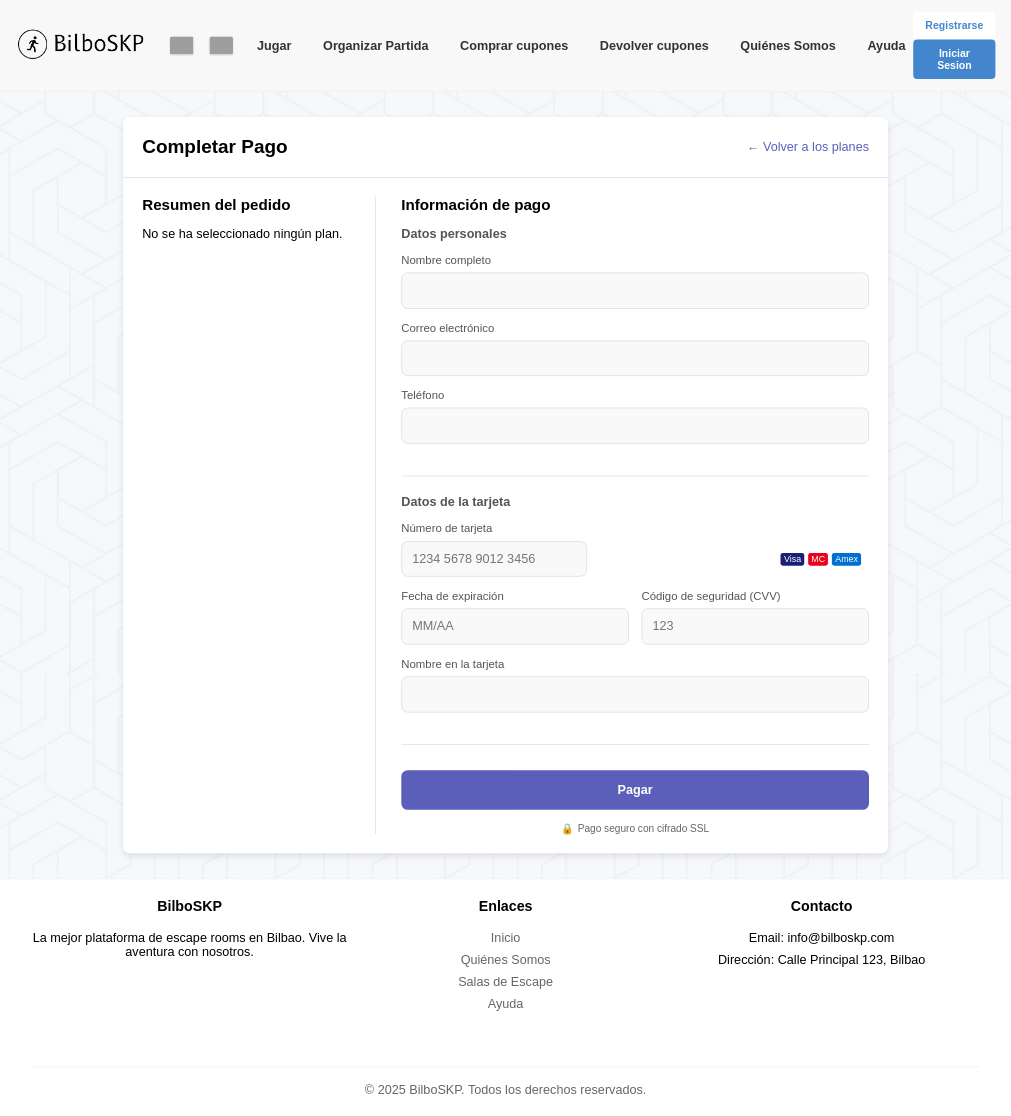
Repository: Andrew1447/Reto3-main
Page: http://localhost/bilboSKP/Pasarela.jsp
These files come from the project's save history. The page is drawn as it stood at one moment and after the next save; the edit follows.
The browser window is 1280 px wide. The pictures show the whole page, at 79% of full size.
Pictures or frames that could not be fetched are drawn as grey boxes. Backgrounds fixed to the window are drawn as part of the page. Some web fonts or font styles are not loaded; a fallback is used. The page is served by Tomcat 9. Other server files are loaded and not shown. The template is opened directly, without the code that normally fills it, so the values that code supplies are empty.

Above is the page before, as saved 2025-04-27 15:30:07.

### bilboSKP/src/main/webapp/Pasarela.jsp
<%@ page language="java" contentType="text/html; charset=UTF-8" pageEncoding="UTF-8"%>
<!DOCTYPE html>
<html lang="es">
<head>
    <meta charset="UTF-8">
    <meta name="viewport" content="width=device-width, initial-scale=1.0">
    <title>Pasarela de Pagos - BilboSKP</title>
    <link rel="stylesheet" href="styles/style.css">
    <link rel="stylesheet" href="styles/Pasarela.css">
    <link rel="preconnect" href="https://fonts.googleapis.com">
    <link rel="preconnect" href="https://fonts.gstatic.com" crossorigin>
    <link href="https://fonts.googleapis.com/css2?family=Ubuntu:ital,wght@0,300;0,400;0,500;0,700;1,300;1,400;1,500;1,700&display=swap" rel="stylesheet">
</head>
<body>
<header>
    <div class="logo-container">
        <a href="Index.jsp"><img src="img/bilboskp-high-resolution-logo-removebg-preview.png"></a>

        <div class="language-selector">
                <a href="?lang=es" title="Español">
                    <img src="https://upload.wikimedia.org/wikipedia/commons/thumb/9/9a/Flag_of_Spain.svg/1200px-Flag_of_Spain.svg.png" alt="Bandera de España">
                </a>
                <a href="?lang=en" title="English">
                    <img src="https://upload.wikimedia.org/wikipedia/commons/thumb/8/83/Flag_of_the_United_Kingdom_%283-5%29.svg/1200px-Flag_of_the_United_Kingdom_%283-5%29.svg.png" alt="Bandera del Reino Unido">
                </a>
            </div>
        </div>

    <nav>

        <a href="EscapeRooms.jsp">Jugar</a>
        <a href="OrganizarPartida.jsp">Organizar Partida</a>
        <a href="Packcupones.jsp">Comprar cupones</a>
		<a href="DevolverCupones.jsp">Devolver cupones</a>
        <a href="QuienesSomos.jsp">Quiénes Somos</a>
        <a href="Ayuda.jsp">Ayuda</a>

        <%
            Integer idRolUsuario = (Integer) request.getAttribute("idRol");
            Integer idCentroSesion = (Integer) request.getAttribute("idCentroSesion");

            // Mostrar "Registrar Centro" solo si el usuario no está logueado como centro
            if (idCentroSesion == null && idRolUsuario != null && idRolUsuario.equals(2)) {
        %>
                <a href="CentroRegistro.jsp">Registrar Centro</a>
        <%
            }
        %>
    </nav>

<div class="botones">
    <%
        String nombreSesion = (String) request.getAttribute("nombreSesion");
        String tipoUsuario = (String) request.getAttribute("tipoUsuario");
        Integer saldoCupones = (Integer) request.getAttribute("saldoCupones");

        if (nombreSesion != null && !nombreSesion.isEmpty()) {
            if (tipoUsuario != null && tipoUsuario.equals("usuario")) {
    %>
                <span class="nombre-usuario">Bienvenido, <%= nombreSesion %> (<%= saldoCupones != null ? saldoCupones : 0 %> cupones)</span>
                <button onclick="window.location.href='LogoutServlet'">Cerrar Sesión</button>
    <%
            } else if (tipoUsuario != null && tipoUsuario.equals("centro")) {
    %>
                <span class="nombre-centro">Bienvenido, <%= nombreSesion %></span>
                <button onclick="window.location.href='LogoutCentroServlet'">Cerrar Sesión</button>
    <%
            }
        } else {
    %>
        <button class= "registrarse" onclick="window.location.href='Registrar.jsp'">Registrarse</button>
        <button onclick="window.location.href='login.jsp'">Iniciar Sesion</button>
    <%
        }
    %>
</div>
    </header>

<main>
    <div class="checkout-container">
        <div class="checkout-header">
            <h2>Completar Pago</h2>
            <a href="#" class="back-link" onclick="window.history.back(); return false;">← Volver a los planes</a>
        </div>

        <div class="checkout-content">
            <div class="order-summary">
                <h3>Resumen del pedido</h3>

                <%
                    String planNombreMostrar = request.getParameter("planNombre");
                    String planPrecioMostrar = request.getParameter("planPrecio");
                    String cantidadCuponesPlan = request.getParameter("cantidadCuponesPlan");
                %>

                <% if (planNombreMostrar != null && !planNombreMostrar.isEmpty()) { %>
                    <h4><%= planNombreMostrar %></h4>
                <% } %>

                <% if (planPrecioMostrar != null && !planPrecioMostrar.isEmpty()) { %>
                    <div class="selected-plan">
                        <div class="plan-details">
                            <div class="plan-price"><%= planPrecioMostrar %></div>
                        </div>
                    </div>
                <% } else { %>
                    <p>No se ha seleccionado ningún plan.</p>
                <% } %>

                <% if (cantidadCuponesPlan != null && !cantidadCuponesPlan.isEmpty()) { %>
                    <p><strong>Incluye:</strong> <%= cantidadCuponesPlan %> cupones 🎟️</p>
                <% } %>
            </div>

            <div class="payment-form-container">
                <h3>Información de pago</h3>

                <form id="payment-form" class="payment-form" action="ProcesarPagoServlet" method="post">
                    <div class="form-section">
                        <h4>Datos personales</h4>
                        <div class="form-row">
                            <div class="form-group">
                                <label for="name">Nombre completo</label>
                                <input type="text" id="name" name="name" required>
                            </div>
                        </div>
                        <div class="form-row">
                            <div class="form-group">
                                <label for="email">Correo electrónico</label>
                                <input type="email" id="email" name="email" required>
                            </div>
                        </div>
                        <div class="form-row">
                            <div class="form-group">
                                <label for="phone">Teléfono</label>
                                <input type="tel" id="phone" name="phone" required>
                            </div>
                        </div>
                    </div>

                    <div class="form-section">
                        <h4>Datos de la tarjeta</h4>
                        <div class="form-row">
                            <div class="form-group">
                                <label for="card-number">Número de tarjeta</label>
                                <div class="card-input-container">
                                    <input type="text" id="card-number" name="card-number" placeholder="1234 5678 9012 3456" required>
                                    <div class="card-icons">
                                        <span class="card-icon visa">Visa</span>
                                        <span class="card-icon mastercard">MC</span>
                                        <span class="card-icon amex">Amex</span>
                                    </div>
                                </div>
                            </div>
                        </div>
                        <div class="form-row two-columns">
                            <div class="form-group">
                                <label for="expiry">Fecha de expiración</label>
                                <input type="text" id="expiry" name="expiry" placeholder="MM/AA" required>
                            </div>
                            <div class="form-group">
                                <label for="cvv">Código de seguridad (CVV)</label>
                                <input type="text" id="cvv" name="cvv" placeholder="123" required>
                            </div>
                        </div>
                        <div class="form-row">
                            <div class="form-group">
                                <label for="card-name">Nombre en la tarjeta</label>
                                <input type="text" id="card-name" name="card-name" required>
                            </div>
                        </div>
                    </div>

                    <div class="payment-actions">
                        <input type="hidden" name="planNombre" value="<%= planNombreMostrar %>">
                        <input type="hidden" name="planPrecio" value="<%= planPrecioMostrar %>">
                        <input type="hidden" name="cantidadCupones" value="<%= cantidadCuponesPlan %>">
                        <button type="submit" class="pay-button">Pagar</button>
                        <div class="secure-payment">
                            <span class="lock-icon">🔒</span> Pago seguro con cifrado SSL
                        </div>
                    </div>
                </form>

            </div>
        </div>
    </div>
</main>

<footer>
        <div class="container">
            <div class="footer-content">
                <div class="footer-column">
                    <h3>BilboSKP</h3>
                    <p>La mejor plataforma de escape rooms en Bilbao. Vive la aventura con nosotros.</p>
                </div>
                <div class="footer-column">
                    <h3>Enlaces</h3>
                    <ul>
                        <li><a href="Index.jsp">Inicio</a></li>
                        <li><a href="QuienesSomos.jsp">Quiénes Somos</a></li>
                        <li><a href="EscapeRooms.jsp">Salas de Escape</a></li>
                        <li><a href="Ayuda.jsp">Ayuda</a></li>
                    </ul>
                </div>
                <div class="footer-column">
                    <h3>Contacto</h3>
                    <ul>
                        <li>Email: info@bilboskp.com</li>
                        <li>Dirección: Calle Principal 123, Bilbao</li>
                    </ul>
                </div>
            </div>
            <div class="footer-bottom">
                <p>&copy; 2025 BilboSKP. Todos los derechos reservados.</p>
            </div>
        </div>
    </footer>
</body>
</html>

### bilboSKP/src/main/webapp/styles/style.css
body {
    font-family: "Ubuntu", sans-serif;
    font-weight: 500;
    font-style: normal;
    background-color: #f4f7fa;
    margin: 0;
    padding: 0;
    background-image: linear-gradient(rgba(244, 247, 250, 0.85), rgba(244, 247, 250, 0.85)), url('../img/fondod.png');
    background-repeat: no-repeat;
    background-size: cover;
    background-position: center;
    background-attachment: fixed; /* Esto asegura que el fondo permanezca fijo */
}

.logo-container {
            display: flex;
            align-items: center;
        }

        .logo-container img {
            height: 50px;
            width: auto;
        }

  .language-selector {
            display: flex;
            align-items: center;
            margin-left: 20px;
        }

        .language-selector a {
            display: flex;
            align-items: center;
            margin: 0 5px;
            padding: 5px;
            border-radius: 4px;
            transition: background-color 0.2s;
        }

        .language-selector a:hover {
            background-color: #f0f0f0;
        }

        .language-selector img {
            width: 30px;
            height: auto;
            border-radius: 3px;
            box-shadow: 0 1px 2px rgba(0, 0, 0, 0.2);
        }

header {
    display: grid;
    grid-template-columns: 1fr auto 1fr;
    align-items: center;
    padding: 15px 20px;
    background-color: #f8f8f8;
    border-bottom: 1px solid #eee;
}

header > a:first-child {
    justify-self: start;
}

header a img {
    max-height: 50px;
}

header nav {
    grid-column: 2;
    display: flex;
    justify-content: center;
    gap: 20px; /* Equal spacing between links */
}

header nav a {
    text-decoration: none;
    color: #333;
    margin-left: 20px;
    font-weight: bold;
}

header nav a:hover {
    color: #4386ce;
}

header button {
    background-color: #4386ce;
    color: white;
    border: none;
    padding: 10px 15px;
    border-radius: 5px;
    cursor: pointer;
    margin-left: 10px;
    font-weight: bold;
}

header button:hover {
    background-color: #437cb8;
}


body{
  font-family: "Ubuntu", sans-serif;
  font-weight: 500;
  font-style: normal;
  background-repeat: no-repeat;
  background-size: cover;
  background-attachment: fixed;
}

.botones {
    grid-column: 3;
    justify-self: end;
}

.registrarse{
    background-color: #ffff;
    color: #4386ce;
    font-weight: bold;
}
.registrarse:hover{
    background-color: #cfcfcf;
    color: #4386ce;
    font-weight: bold;
}



	.container {
	width: 100%;
    max-width: 1200px;
    margin: 0 auto;
	}


        /* Footer */
        footer {
            background-color: #f9f9f9;
            padding: 40px 0;
            margin-top: 60px;
        }

        .footer-content {
            display: flex;
            justify-content: space-between;
            flex-wrap: wrap;
        }

        .footer-column {
            flex: 1;
            min-width: 200px;
            margin-bottom: 20px;
        }

        .footer-column h3 {
            margin-bottom: 20px;
            font-size: 18px;
        }

        .footer-column ul {
            list-style: none;
        }

        .footer-column ul li {
            margin-bottom: 10px;
        }

        .footer-column ul li a {
            text-decoration: none;
            color: #666;
        }

        .footer-bottom {
            text-align: center;
            margin-top: 40px;
            padding-top: 20px;
            border-top: 1px solid #eee;
            color: #666;
        }

        /* Responsive */
        @media (max-width: 768px) {
            header {
                flex-direction: column;
                gap: 15px;
            }

            nav ul {
                margin: 15px 0;
                flex-wrap: wrap;
                justify-content: center;
            }

            .about-content {
                flex-direction: column;
            }

            .features {
                grid-template-columns: 1fr;
            }

            .carousel-container {
                height: 300px;
            }
        }

### bilboSKP/src/main/webapp/styles/Pasarela.css
:root {
    --simple-color: #5e4fb0;
    --savings-color: #5b5fb9;
    --family-color: #b05050;
    --text-color: #333;
    --light-text: #fff;
    --background: #f5f7fa;
    --card-bg: #fff;
    --border-color: #e0e0e0;
    --border-radius: 8px;
    --input-bg: #f9f9f9;
    --input-border: #ddd;
    --input-focus: #5b5fb9;
}

* {
    margin: 0;
    padding: 0;
    box-sizing: border-box;
}

body {
	font-family: "Ubuntu", sans-serif;
    font-weight: 500;
  	font-style: normal;
  	background-repeat: no-repeat;
 	background-size: cover;
  	background-attachment: fixed;
}

.logo {
    display: flex;
    align-items: center;
}

.accessibility-icon {
    font-size: 1.5rem;
    margin-right: 0.5rem;
    text-decoration: none;
    color: var(--text-color);
}

h1 {
    font-size: 1.5rem;
    font-weight: 700;
}
header nav a {
    text-decoration: none;
    color: #333;
    margin-left: 20px;
    font-weight: bold;
}

header nav a:hover {
    color: #4386ce;
}

main {
    max-width: 1000px;
    margin: 2rem auto;
    padding: 0 1rem;
}

.checkout-container {
    background-color: var(--card-bg);
    border-radius: var(--border-radius);
    box-shadow: 0 4px 10px rgba(0, 0, 0, 0.1);
    overflow: hidden;
}

.checkout-header {
    padding: 1.5rem;
    border-bottom: 1px solid var(--border-color);
    display: flex;
    justify-content: space-between;
    align-items: center;
}

.checkout-header h2 {
    font-size: 1.5rem;
    font-weight: 600;
}

.back-link {
    color: var(--savings-color);
    text-decoration: none;
    font-weight: 500;
    transition: opacity 0.3s;
}

.back-link:hover {
    opacity: 0.8;
}

.checkout-content {
    display: grid;
    grid-template-columns: 1fr 2fr;
    gap: 2rem;
    padding: 1.5rem;
}

/* Resumen del pedido */
.order-summary {
    padding-right: 1.5rem;
    border-right: 1px solid var(--border-color);
}

.order-summary h3 {
    margin-bottom: 1rem;
    font-size: 1.2rem;
}

.selected-plan {
    border-radius: var(--border-radius);
    overflow: hidden;
    box-shadow: 0 2px 5px rgba(0, 0, 0, 0.1);
}

.plan-header {
    padding: 1rem;
    color: var(--light-text);
}

.plan-ahorro .plan-header {
    background-color: var(--savings-color);
}

.plan-simple .plan-header {
    background-color: var(--simple-color);
}

.plan-familiar .plan-header {
    background-color: var(--family-color);
}

.plan-header h4 {
    margin-bottom: 0.5rem;
}

.plan-details {
    padding: 1rem;
    background-color: #f9f9f9;
}

.plan-price {
    font-weight: 600;
    font-size: 1.1rem;
    margin-bottom: 0.5rem;
}

.plan-feature {
    display: flex;
    justify-content: space-between;
    margin-top: 0.5rem;
    font-size: 0.9rem;
}

/* Formulario de pago */
.payment-form-container h3 {
    margin-bottom: 1rem;
    font-size: 1.2rem;
}

.form-section {
    margin-bottom: 1.5rem;
    padding-bottom: 1.5rem;
    border-bottom: 1px solid var(--border-color);
}

.form-section h4 {
    margin-bottom: 1rem;
    font-size: 1rem;
    color: #555;
}

.form-row {
    margin-bottom: 1rem;
}

.two-columns {
    display: grid;
    grid-template-columns: 1fr 1fr;
    gap: 1rem;
}

.form-group {
    display: flex;
    flex-direction: column;
}

.form-group label {
    margin-bottom: 0.5rem;
    font-size: 0.9rem;
    color: #555;
}

.form-group input {
    padding: 0.8rem;
    border: 1px solid var(--input-border);
    border-radius: var(--border-radius);
    background-color: var(--input-bg);
    font-size: 1rem;
    transition: border-color 0.3s;
}

.form-group input:focus {
    outline: none;
    border-color: var(--input-focus);
    box-shadow: 0 0 0 2px rgba(91, 95, 185, 0.2);
}

.card-input-container {
    position: relative;
}

.card-icons {
    position: absolute;
    right: 10px;
    top: 50%;
    transform: translateY(-50%);
    display: flex;
    gap: 5px;
}

.card-icon {
    font-size: 0.7rem;
    padding: 2px 4px;
    border-radius: 3px;
    color: white;
}

.visa {
    background-color: #1a1f71;
}

.mastercard {
    background-color: #eb001b;
}

.amex {
    background-color: #006fcf;
}

.payment-actions {
    margin-top: 2rem;
    display: flex;
    flex-direction: column;
    align-items: center;
}

.pay-button {
    width: 100%;
    padding: 1rem;
    background-color: var(--savings-color);
    color: var(--light-text);
    border: none;
    border-radius: var(--border-radius);
    font-size: 1rem;
    font-weight: 600;
    cursor: pointer;
    transition: background-color 0.3s;
}

.pay-button:hover {
    background-color: #4a4e96;
}

.secure-payment {
    margin-top: 1rem;
    font-size: 0.8rem;
    color: #666;
    display: flex;
    align-items: center;
    gap: 5px;
}

footer {
    text-align: center;
    padding: 1.5rem;
    margin-top: 2rem;
    background-color: #fff;
    border-top: 1px solid #eee;
}

/* Responsive design */
@media (max-width: 768px) {
    header {
        flex-direction: column;
        padding: 1rem;
    }

    nav ul {
        margin-top: 1rem;
    }

    nav ul li {
        margin-left: 1rem;
        margin-right: 1rem;
    }

    .checkout-content {
        grid-template-columns: 1fr;
    }

    .order-summary {
        padding-right: 0;
        border-right: none;
        border-bottom: 1px solid var(--border-color);
        padding-bottom: 1.5rem;
        margin-bottom: 1.5rem;
    }
}

@media (max-width: 480px) {
    nav ul {
        flex-direction: column;
        align-items: center;
    }

    nav ul li {
        margin: 0.5rem 0;
    }

    .two-columns {
        grid-template-columns: 1fr;
    }

    .checkout-header {
        flex-direction: column;
        align-items: flex-start;
    }

    .back-link {
        margin-top: 0.5rem;
    }
}

After the next save:
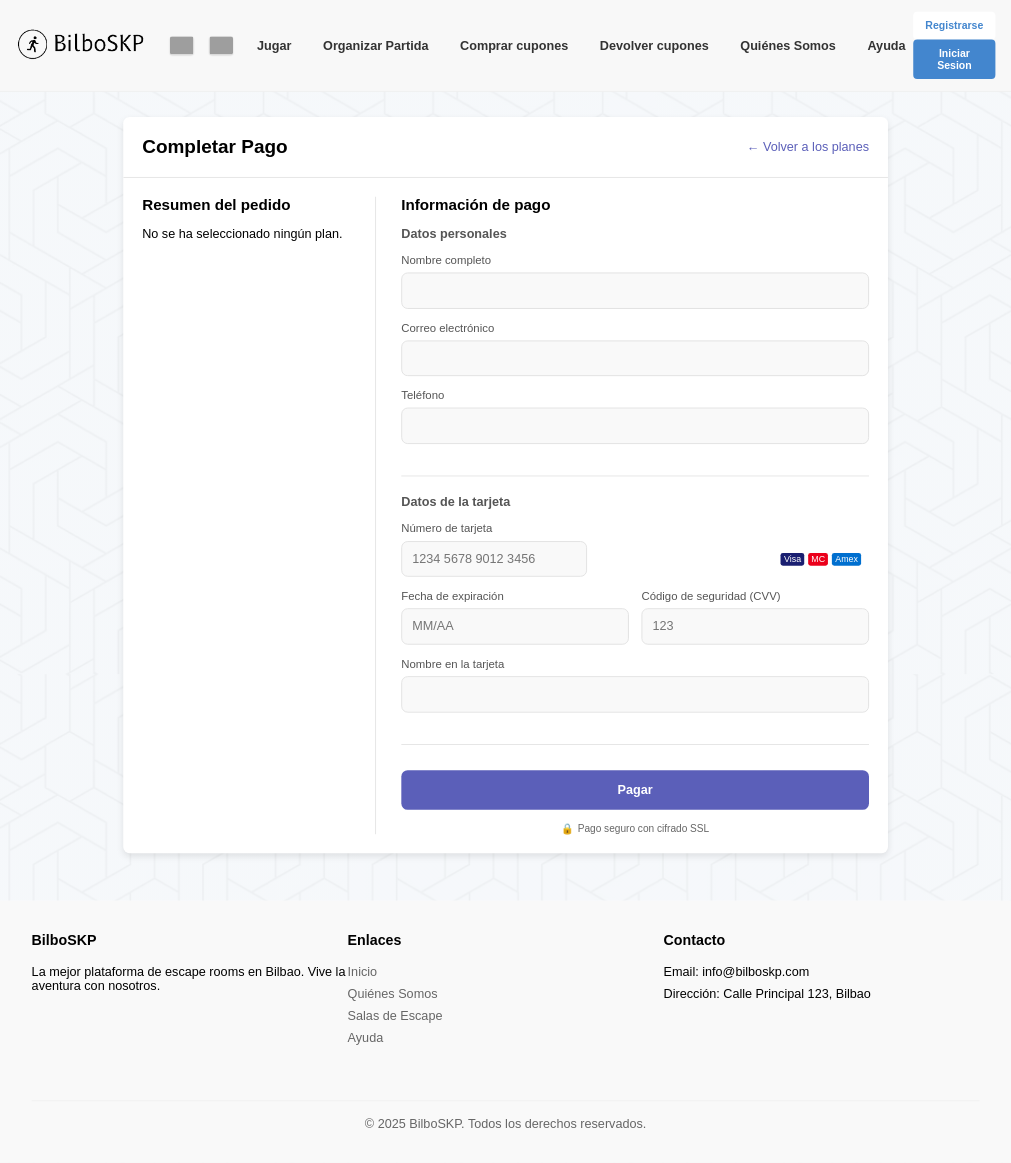
Saved 40 s later.
--- a/bilboSKP/src/main/webapp/styles/Pasarela.css
+++ b/bilboSKP/src/main/webapp/styles/Pasarela.css
@@ -274,14 +274,6 @@ main {
     gap: 5px;
 }
 
-footer {
-    text-align: center;
-    padding: 1.5rem;
-    margin-top: 2rem;
-    background-color: #fff;
-    border-top: 1px solid #eee;
-}
-
 /* Responsive design */
 @media (max-width: 768px) {
     header {
